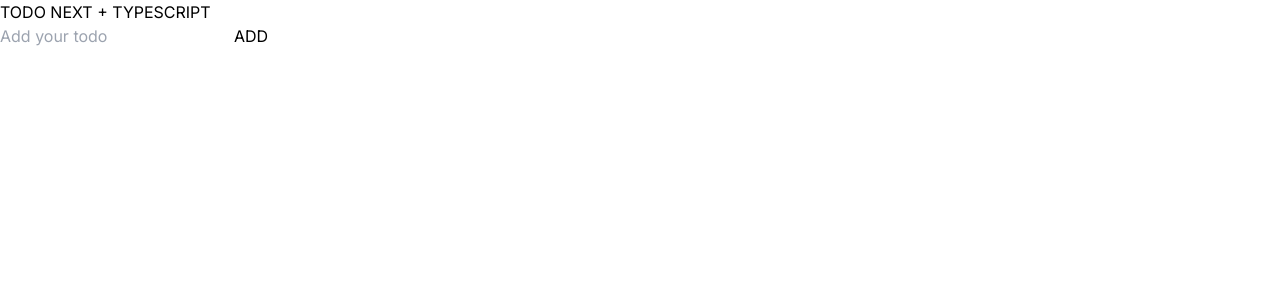
Repository: mehh000/next-ts-todo
Page: /
An editor plug-in stored every save of this project. The page is shown before and after a run of saves, followed by the edit.
The browser window is 1280 px wide. The pictures show the whole page.
The project was rebuilt for these pictures with package versions that can differ from the ones it lists, and the page was loaded fresh each time. The framework's server and built-in components were replaced by stand-ins that run in the browser. Also part of the build but not shown: next.config.mjs.

Above is the page before, as saved 2024-06-15 19:39:57.

After the next 5 saves:
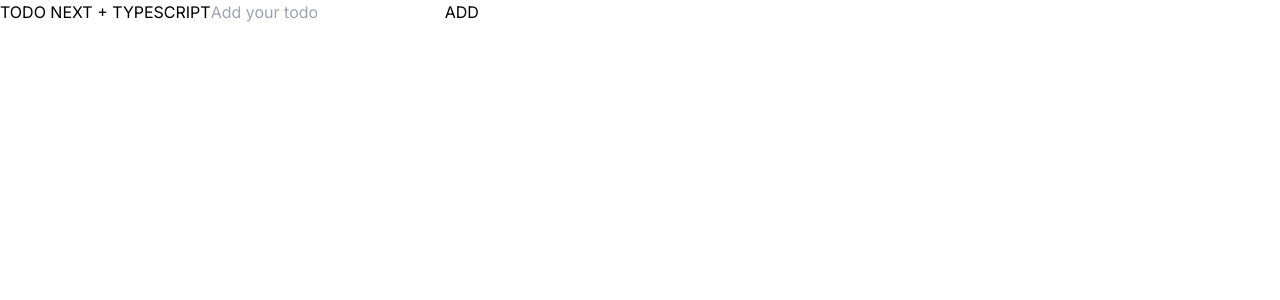
The 5 saves are shown as one change because they came seconds apart.
The last was saved 5 min 39 s later.
--- a/src/app/page.tsx
+++ b/src/app/page.tsx
@@ -4,7 +4,7 @@ import React from "react";
 
 const Page = () => {
   return (
-    <main>
+    <main className="flex ali" >
       <h2 className="">TODO NEXT + TYPESCRIPT</h2>
       <AddTODO />
       <TODOS />
